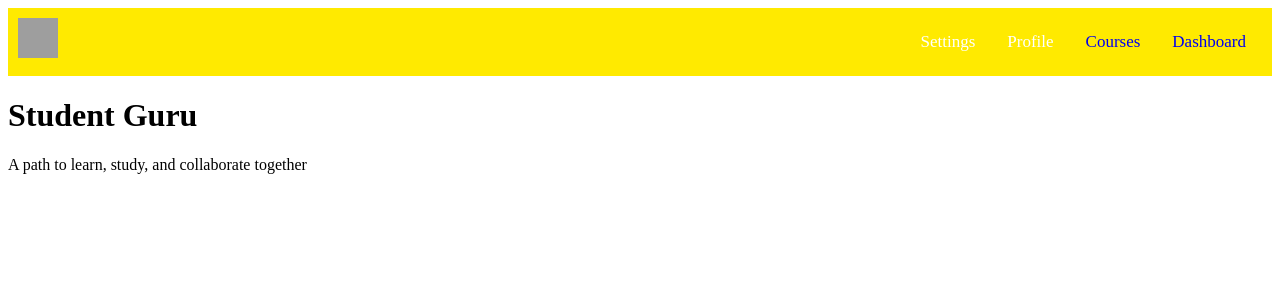
Repository: Priyadharshini-J-CSE/Intership-2025-december
Page: dashboard.html
These files come from the project's save history. The page is drawn as it stood at one moment and after the next save; the edit follows.
The browser window is 1280 px wide. The pictures show the whole page.
Pictures or frames that could not be fetched are drawn as grey boxes.

Above is the page before, as saved 2025-12-01 14:31:23.

### dashboard.html
<!DOCTYPE html>
<html lang="en">
<head>
    <meta charset="UTF-8">
    <meta name="viewport" content="width=device-width, initial-scale=1.0">
    <title>Student Guru</title>
    <style>
        nav{
            background-color: #ffea00;
            overflow: hidden;
            padding: 10px;
        }
        img{
height: 40px;
width: 40px;
        }
        a{
            float: right;
            text-align: center;
            padding: 14px 16px;
            text-decoration: none;
            font-size: 17px;
        }
    </style>
</head>
<nav>
    <img src="https://i.pinimg.com/474x/4d/b9/82/4db98275977a6216bdddfdbc390d7e37.jpg" alt="logo">
    <a href="dashboard.html" >Dashboard</a>
    <a href="courses.html" >Courses</a>
    <a href="profile.html" style="color: white;">Profile</a>
    <a href="settings.html" style="color: white">Settings</a>
</nav>
<body>

    <h1>Student Guru</h1>
    <p>A path to learn, study, and collaborate together </p>

</body>
</html>

After the next save:
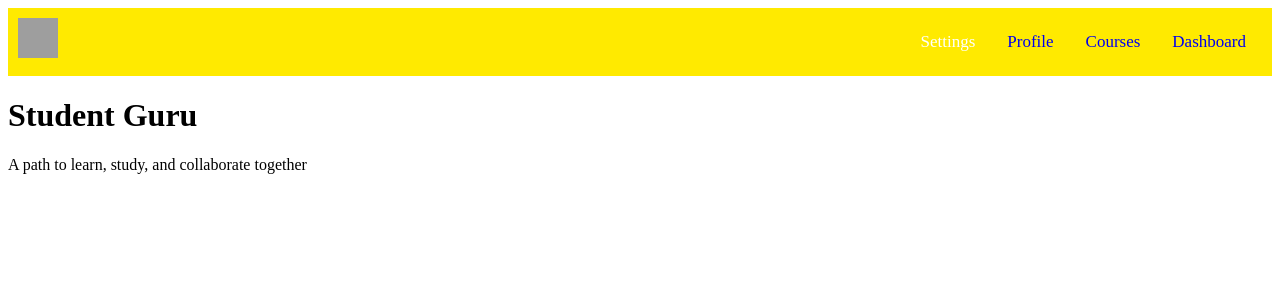
Saved 4 s later.
--- a/dashboard.html
+++ b/dashboard.html
@@ -27,7 +27,7 @@
     <img src="https://i.pinimg.com/474x/4d/b9/82/4db98275977a6216bdddfdbc390d7e37.jpg" alt="logo">
     <a href="dashboard.html" >Dashboard</a>
     <a href="courses.html" >Courses</a>
-    <a href="profile.html" style="color: white;">Profile</a>
+    <a href="profile.html" >Profile</a>
     <a href="settings.html" style="color: white">Settings</a>
 </nav>
 <body>
